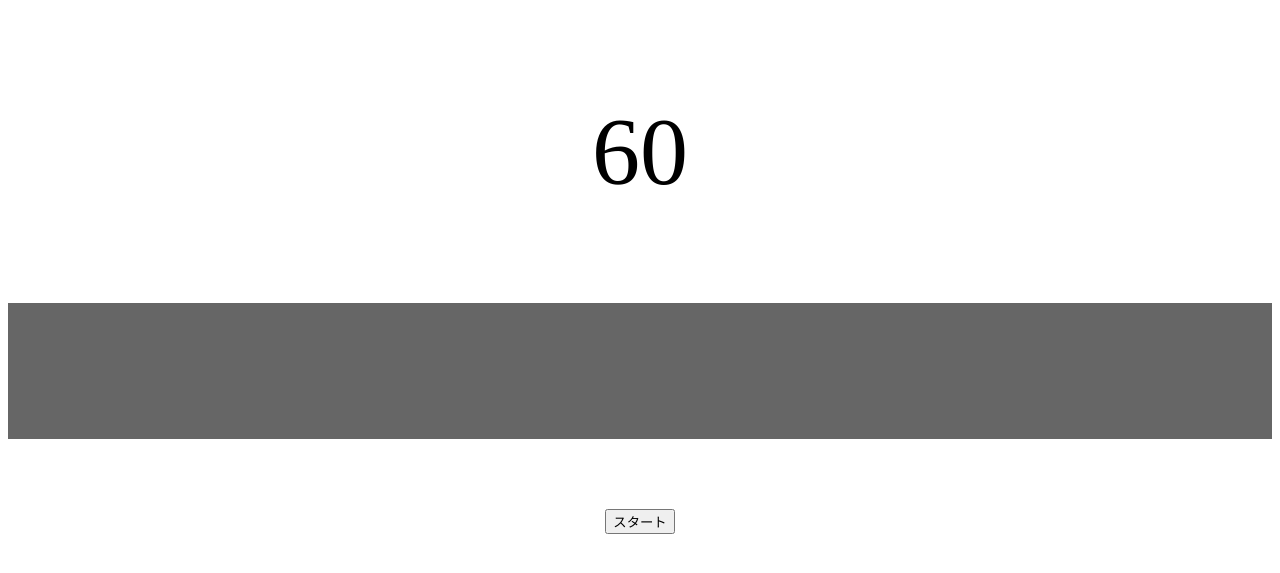
Repository: sakusyou69/homepage
Page: indexjava.html
The author's editor kept a record of every edit. The page is drawn from the files as they stood at one moment, then again after the next edit.
The browser window is 1280 px wide. The pictures show the whole page.

Above is the page before.

After the next edit:
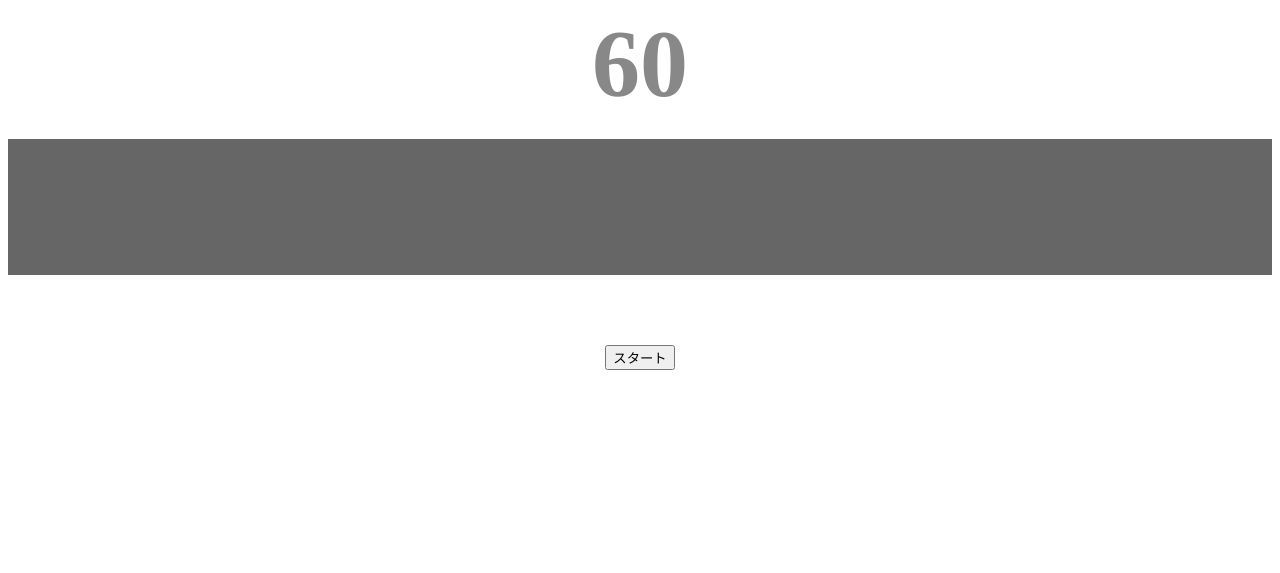
The edit:
--- a/indexjava.html
+++ b/indexjava.html
@@ -31,7 +31,7 @@
 </style>
 </head>
 <body>
-   <P id="const">60</P>
+   <P id="count">60</P>
    <div id="wrap">
        <p id="text"></p>
    </div>
